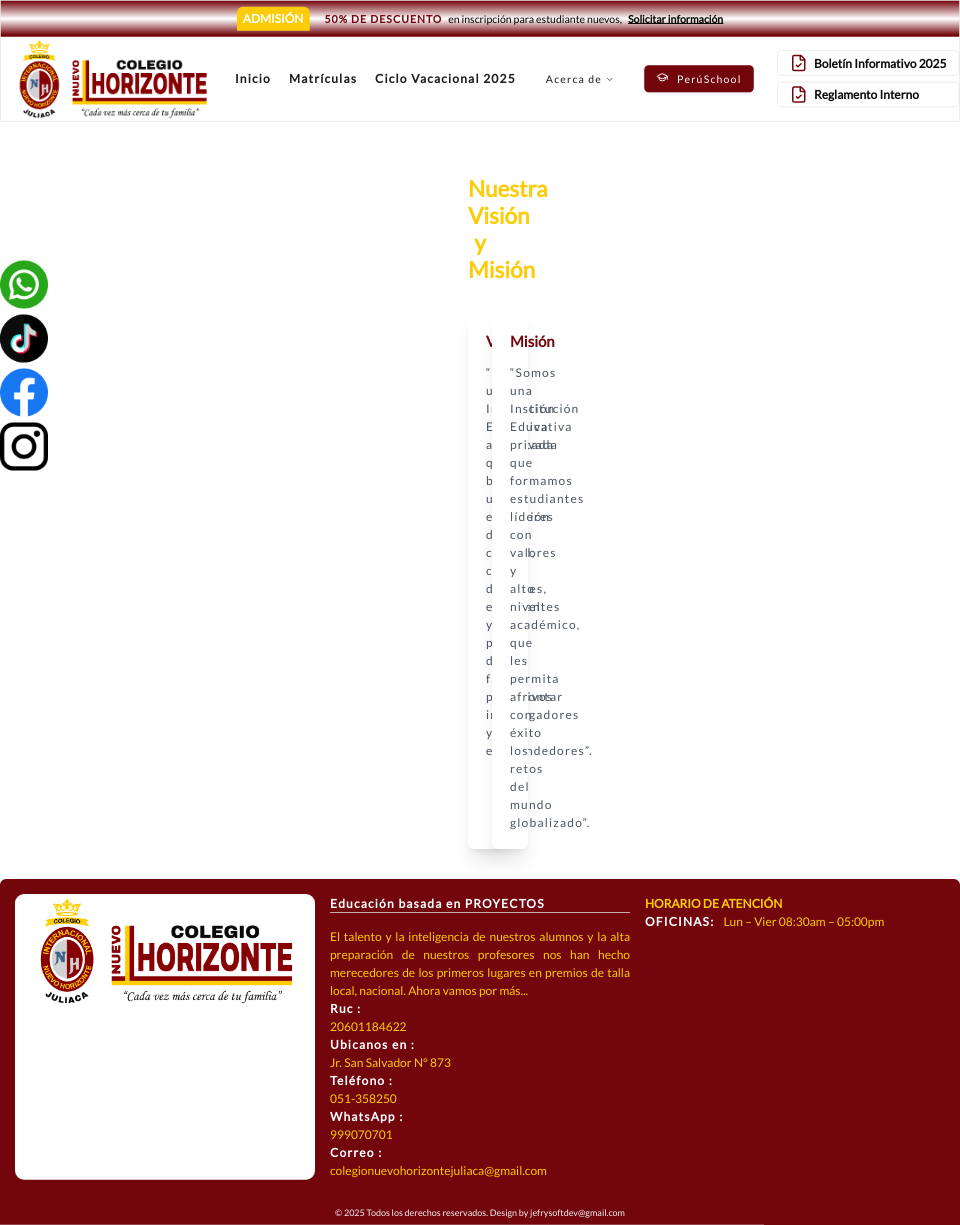
Repository: jefrydep/new_horizont_school
Page: /vision
These files come from the project's save history. The page is drawn as it stood at one moment and after the next save; the edit follows.
The browser window is 1280 px wide. The pictures show the whole page, at 75% of full size.
The project was rebuilt for these pictures with package versions that can differ from the ones it lists, and the page was loaded fresh each time. The framework's server and built-in components were replaced by stand-ins that run in the browser. Also part of the build but not shown: next.config.ts.

Above is the page before, as saved 2024-12-09 21:02:27.

### src/app/layout.tsx
import type { Metadata } from "next";
import "./globals.css";
import Navbar from "@/components/Navbar";
import Footer from "@/components/Footer";


import { Lato } from 'next/font/google'

const lato = Lato({
  weight: '400',
  subsets: ['latin'],
  display: 'swap',
})

export const metadata: Metadata = {
  title: "COLEGIO INTERNACIONAL NUEVO HORIZONTE - JULIACA",
  description: "el mejor colegio de JULIACA,Colegio internacional nuevo horizonte",
};

export default function RootLayout({
  children,
}: Readonly<{
  children: React.ReactNode;
}>) {
  return (
    <html lang="es">

      <body
        className={` ${lato.className} antialiased `}
      >

        <div className="">
          <Navbar />
        </div>
        <main className="   ">

          {children}
          <div className="flex flex-col fixed  bottom-2     z-50   sm:top-1/2  gap-2">
            <a href="https://wa.me/+51999070701?text=Me%20gustar%C3%ADa%20recibir%20m%C3%A1s%20informaci%C3%B3n%20sobre%20el%20proceso%20de%20matr%C3%ADcula,%20requisitos%20y%20fechas%20importantes.%20Agradecer%C3%ADa%20su%20orientaci%C3%B3n%20para%20poder%20completar%20mi%20inscripci%C3%B3n%20de%20manera%20adecuada.%0A%0AQuedo%20atento%20a%20su%20respuesta.%0A%0ASaludos%20cordiales,%0A" target="_blank">
              {/* Solicitar información */}
              <img src="/whatsapp.png" alt="" className=" animate-bounce h-11  sm:h-16" />
            </a>

            <a href="https://www.tiktok.com/@colegionuevohorizonte" target="_blank">
              {/* Solicitar información */}
              <img src="/tik-tok.png" alt="" className=" animate-bounce h-11  sm:h-16 " />
            </a>
            <a href="https://www.facebook.com/internuevohorizonte  " target="_blank">
              {/* Solicitar información */}
              <img src="/facebook.png" alt="" className=" animate-bounce h-11  sm:h-16 " />
            </a>
            <a href="https://www.instagram.com/colegionuevohorizontejuliaca" target="_blank">
              {/* Solicitar información */}
              <img src="/instagram.png" alt="" className=" animate-bounce h-11  sm:h-16" />
            </a>
          </div>
        </main>
        <Footer />
      </body>
    </html>
  );
}

### src/app/vision/page.tsx
import Hero from "@/components/Hero";

export default function VisionPage() {
  return (
    <div className="pt-48">
      {" "}
      {/* <Hero title="Nuestra Misión" subtitle="Nuestra Visión" colorWave="#fff" /> */}
      <div className=" w-20 mx-auto my-10 px-6">
        {/* Título centrado */}
        <h2 className="text-3xl font-semibold text-center   mb-10  text-subtitle">
          Nuestra <b>Visión y Misión</b>
        </h2>

        {/* Grid de 2 columnas */}
        <div className="grid grid-cols-1 sm:grid-cols-2 gap-8">
          {/* Tarjeta de Visión */}
          <div className="bg-white shadow-xl rounded-lg p-6">
            <h3 className="text-xl font-semibold   mb-4 text-title">Visión</h3>
            <p className="text-gray-600 text-base  tracking-widest">
              “Ser una Institución Educativa acreditada que brinde una educación
              de calidad, con docentes, estudiantes y padres de familia
              proactivos investigadores y emprendedores”.
            </p>
          </div>

          {/* Tarjeta de Misión */}
          <div className="bg-white shadow-xl rounded-lg p-6">
            <h3 className="text-xl font-semibold  mb-4 text-title">Misión</h3>
            <p className="text-gray-600 text-base tracking-widest">
              “Somos una Institución Educativa privada que formamos estudiantes
              líderes con valores y alto nivel académico, que les permita
              afrontar con éxito los retos del mundo globalizado”.
            </p>
          </div>
        </div>
      </div>
    </div>
  );
}

### src/app/globals.css
@tailwind base;
@tailwind components;
@tailwind utilities;

body {
  font-family: Arial, Helvetica, sans-serif;
}

@layer base {
  :root {
    --background: 0 0% 100%;
    --foreground: 20 14.3% 4.1%;
    --card: 0 0% 100%;
    --card-foreground: 20 14.3% 4.1%;
    --popover: 0 0% 100%;
    --popover-foreground: 20 14.3% 4.1%;
    --primary: 24 9.8% 10%;
    --primary-foreground: 60 9.1% 97.8%;
    --secondary: 60 4.8% 95.9%;
    --secondary-foreground: 24 9.8% 10%;
    --muted: 60 4.8% 95.9%;
    --muted-foreground: 25 5.3% 44.7%;
    --accent: 60 4.8% 95.9%;
    --accent-foreground: 24 9.8% 10%;
    --destructive: 0 84.2% 60.2%;
    --destructive-foreground: 60 9.1% 97.8%;
    --border: 20 5.9% 90%;
    --input: 20 5.9% 90%;
    --ring: 20 14.3% 4.1%;
    --chart-1: 12 76% 61%;
    --chart-2: 173 58% 39%;
    --chart-3: 197 37% 24%;
    --chart-4: 43 74% 66%;
    --chart-5: 27 87% 67%;
    --radius: 0.5rem;
  }
  .dark {
    --background: 20 14.3% 4.1%;
    --foreground: 60 9.1% 97.8%;
    --card: 20 14.3% 4.1%;
    --card-foreground: 60 9.1% 97.8%;
    --popover: 20 14.3% 4.1%;
    --popover-foreground: 60 9.1% 97.8%;
    --primary: 60 9.1% 97.8%;
    --primary-foreground: 24 9.8% 10%;
    --secondary: 12 6.5% 15.1%;
    --secondary-foreground: 60 9.1% 97.8%;
    --muted: 12 6.5% 15.1%;
    --muted-foreground: 24 5.4% 63.9%;
    --accent: 12 6.5% 15.1%;
    --accent-foreground: 60 9.1% 97.8%;
    --destructive: 0 62.8% 30.6%;
    --destructive-foreground: 60 9.1% 97.8%;
    --border: 12 6.5% 15.1%;
    --input: 12 6.5% 15.1%;
    --ring: 24 5.7% 82.9%;
    --chart-1: 220 70% 50%;
    --chart-2: 160 60% 45%;
    --chart-3: 30 80% 55%;
    --chart-4: 280 65% 60%;
    --chart-5: 340 75% 55%;
  }
}

@layer base {
  * {
    @apply border-border;
  }
  body {
    @apply bg-background text-foreground;
  }
}
@keyframes slideDown {
  0% {
    transform: translateY(-20px);
    opacity: 0;
  }
  100% {
    transform: translateY(0);
    opacity: 1;
  }
}

.animate-slide-down {
  animation: slideDown 1s ease-out forwards;
}

/* Animación con retraso para un efecto de secuencia */
.animate-slide-down-delay-1 {
  animation: slideDown 1s ease-out forwards;
  animation-delay: 0.3s; /* Retraso para el primer texto */
}

.animate-slide-down-delay-2 {
  animation: slideDown 1s ease-out forwards;
  animation-delay: 0.6s; /* Retraso para el segundo texto */
}

### src/components/Footer.tsx

export default function Footer() {
    return (
        <div className=" bg-title rounded-t-lg pb-2 ">
            <footer className="container m-auto ">

                <div className="grid p-4 sm:p-5  sm:grid-cols-3 gap-5">
                    <div className="text-subtitle flex justify-center sm:block bg-white rounded-xl font-bold">


                        <img src="/LOGO.png" alt="Logo nuevo horizonte" className="   " />

                    </div>
                    <div>
                        <span className="text-white font-bold tracking-widest">

                            Educación basada en  PROYECTOS
                        </span>
                        <hr />
                        <div>
                            <p className="text-justify mt-5 text-subtitle">
                                El talento y la inteligencia de nuestros alumnos y la alta preparación de nuestros profesores nos han hecho merecedores de los primeros lugares en premios de talla local, nacional. Ahora vamos por más...
                            </p>
                        </div>
                        <div>
                            <div className="text-white font-bold tracking-widest">


                                Ruc :
                            </div>
                            <div>
                                <span className="text-subtitle">20601184622</span>

                            </div>
                            <div className="text-white font-bold tracking-widest">


                                Ubicanos en :
                            </div>
                            <div>
                                <span className="text-subtitle">Jr. San Salvador N° 873</span>

                            </div>
                            <div className="text-white font-bold tracking-widest">


                                Teléfono :
                            </div>
                            <div className="text-subtitle">
                                <span>051-358250</span>

                            </div>
                            <div className="text-white font-bold tracking-widest">


                                WhatsApp :
                            </div>
                            <div className="text-subtitle">
                                <span>999070701</span>

                            </div>
                            <div className="text-white font-bold tracking-widest">


                                Correo :
                            </div>
                            <div className="text-subtitle">
                                <span> colegionuevohorizontejuliaca@gmail.com</span>

                            </div>

                        </div>
                    </div>

                    <div>
                        <h6 className="text-subtitle font-bold">HORARIO DE ATENCIÓN</h6>
                        <div>
                            <span className="text-white mr-3 font-bold tracking-widest">

                                OFICINAS:
                            </span>
                            <span className="text-subtitle">
                                Lun – Vier         08:30am – 05:00pm
                            </span>
                        </div>

                    </div>
                </div>
                <div className="text-center text-gray-100 text-xs mt-4" >
                    <span className="">
                        © 2025 Todos los derechos reservados. Design by jefrysoftdev@gmail.com
                    </span>
                </div>
            </footer>
        </div>
    )
}

### src/components/ui/button.tsx
import * as React from "react"
import { Slot } from "@radix-ui/react-slot"
import { cva, type VariantProps } from "class-variance-authority"

import { cn } from "@/lib/utils"

const buttonVariants = cva(
  "inline-flex items-center justify-center gap-2 whitespace-nowrap rounded-md text-sm font-medium transition-colors focus-visible:outline-none focus-visible:ring-1 focus-visible:ring-ring disabled:pointer-events-none disabled:opacity-50 [&_svg]:pointer-events-none [&_svg]:size-4 [&_svg]:shrink-0",
  {
    variants: {
      variant: {
        default:
          "bg-primary text-primary-foreground shadow hover:bg-primary/90",
        destructive:
          "bg-destructive text-destructive-foreground shadow-sm hover:bg-destructive/90",
        outline:
          "border border-input bg-background shadow-sm hover:bg-accent hover:text-accent-foreground",
        secondary:
          "bg-secondary text-secondary-foreground shadow-sm hover:bg-secondary/80",
        ghost: "hover:bg-accent hover:text-accent-foreground",
        link: "text-primary underline-offset-4 hover:underline",
      },
      size: {
        default: "h-9 px-4 py-2",
        sm: "h-8 rounded-md px-3 text-xs",
        lg: "h-10 rounded-md px-8",
        icon: "h-9 w-9",
      },
    },
    defaultVariants: {
      variant: "default",
      size: "default",
    },
  }
)

export interface ButtonProps
  extends React.ButtonHTMLAttributes<HTMLButtonElement>,
    VariantProps<typeof buttonVariants> {
  asChild?: boolean
}

const Button = React.forwardRef<HTMLButtonElement, ButtonProps>(
  ({ className, variant, size, asChild = false, ...props }, ref) => {
    const Comp = asChild ? Slot : "button"
    return (
      <Comp
        className={cn(buttonVariants({ variant, size, className }))}
        ref={ref}
        {...props}
      />
    )
  }
)
Button.displayName = "Button"

export { Button, buttonVariants }

### src/components/ui/navigation-menu.tsx
import * as React from "react"
import * as NavigationMenuPrimitive from "@radix-ui/react-navigation-menu"
import { cva } from "class-variance-authority"
import { ChevronDown } from "lucide-react"

import { cn } from "@/lib/utils"

const NavigationMenu = React.forwardRef<
  React.ElementRef<typeof NavigationMenuPrimitive.Root>,
  React.ComponentPropsWithoutRef<typeof NavigationMenuPrimitive.Root>
>(({ className, children, ...props }, ref) => (
  <NavigationMenuPrimitive.Root
    ref={ref}
    className={cn(
      "relative z-10 flex max-w-max flex-1 items-center justify-center",
      className
    )}
    {...props}
  >
    {children}
    <NavigationMenuViewport />
  </NavigationMenuPrimitive.Root>
))
NavigationMenu.displayName = NavigationMenuPrimitive.Root.displayName

const NavigationMenuList = React.forwardRef<
  React.ElementRef<typeof NavigationMenuPrimitive.List>,
  React.ComponentPropsWithoutRef<typeof NavigationMenuPrimitive.List>
>(({ className, ...props }, ref) => (
  <NavigationMenuPrimitive.List
    ref={ref}
    className={cn(
      "group flex flex-1 list-none items-center justify-center space-x-1",
      className
    )}
    {...props}
  />
))
NavigationMenuList.displayName = NavigationMenuPrimitive.List.displayName

const NavigationMenuItem = NavigationMenuPrimitive.Item

const navigationMenuTriggerStyle = cva(
  "group inline-flex h-9 w-max items-center justify-center rounded-md bg-background px-4 py-2 text-sm font-medium transition-colors hover:bg-accent hover:text-accent-foreground focus:bg-accent focus:text-accent-foreground focus:outline-none disabled:pointer-events-none disabled:opacity-50 data-[active]:bg-accent/50 data-[state=open]:bg-accent/50"
)

const NavigationMenuTrigger = React.forwardRef<
  React.ElementRef<typeof NavigationMenuPrimitive.Trigger>,
  React.ComponentPropsWithoutRef<typeof NavigationMenuPrimitive.Trigger>
>(({ className, children, ...props }, ref) => (
  <NavigationMenuPrimitive.Trigger
    ref={ref}
    className={cn(navigationMenuTriggerStyle(), "group", className)}
    {...props}
  >
    {children}{" "}
    <ChevronDown
      className="relative top-[1px] ml-1 h-3 w-3 transition duration-300 group-data-[state=open]:rotate-180"
      aria-hidden="true"
    />
  </NavigationMenuPrimitive.Trigger>
))
NavigationMenuTrigger.displayName = NavigationMenuPrimitive.Trigger.displayName

const NavigationMenuContent = React.forwardRef<
  React.ElementRef<typeof NavigationMenuPrimitive.Content>,
  React.ComponentPropsWithoutRef<typeof NavigationMenuPrimitive.Content>
>(({ className, ...props }, ref) => (
  <NavigationMenuPrimitive.Content
    ref={ref}
    className={cn(
      "left-0 top-0 w-full data-[motion^=from-]:animate-in data-[motion^=to-]:animate-out data-[motion^=from-]:fade-in data-[motion^=to-]:fade-out data-[motion=from-end]:slide-in-from-right-52 data-[motion=from-start]:slide-in-from-left-52 data-[motion=to-end]:slide-out-to-right-52 data-[motion=to-start]:slide-out-to-left-52 md:absolute md:w-auto ",
      className
    )}
    {...props}
  />
))
NavigationMenuContent.displayName = NavigationMenuPrimitive.Content.displayName

const NavigationMenuLink = NavigationMenuPrimitive.Link

const NavigationMenuViewport = React.forwardRef<
  React.ElementRef<typeof NavigationMenuPrimitive.Viewport>,
  React.ComponentPropsWithoutRef<typeof NavigationMenuPrimitive.Viewport>
>(({ className, ...props }, ref) => (
  <div className={cn("absolute left-0 top-full flex justify-center")}>
    <NavigationMenuPrimitive.Viewport
      className={cn(
        "origin-top-center relative mt-1.5 h-[var(--radix-navigation-menu-viewport-height)] w-full overflow-hidden rounded-md border bg-popover text-popover-foreground shadow data-[state=open]:animate-in data-[state=closed]:animate-out data-[state=closed]:zoom-out-95 data-[state=open]:zoom-in-90 md:w-[var(--radix-navigation-menu-viewport-width)]",
        className
      )}
      ref={ref}
      {...props}
    />
  </div>
))
NavigationMenuViewport.displayName =
  NavigationMenuPrimitive.Viewport.displayName

const NavigationMenuIndicator = React.forwardRef<
  React.ElementRef<typeof NavigationMenuPrimitive.Indicator>,
  React.ComponentPropsWithoutRef<typeof NavigationMenuPrimitive.Indicator>
>(({ className, ...props }, ref) => (
  <NavigationMenuPrimitive.Indicator
    ref={ref}
    className={cn(
      "top-full z-[1] flex h-1.5 items-end justify-center overflow-hidden data-[state=visible]:animate-in data-[state=hidden]:animate-out data-[state=hidden]:fade-out data-[state=visible]:fade-in",
      className
    )}
    {...props}
  >
    <div className="relative top-[60%] h-2 w-2 rotate-45 rounded-tl-sm bg-border shadow-md" />
  </NavigationMenuPrimitive.Indicator>
))
NavigationMenuIndicator.displayName =
  NavigationMenuPrimitive.Indicator.displayName

export {
  navigationMenuTriggerStyle,
  NavigationMenu,
  NavigationMenuList,
  NavigationMenuItem,
  NavigationMenuContent,
  NavigationMenuTrigger,
  NavigationMenuLink,
  NavigationMenuIndicator,
  NavigationMenuViewport,
}

### src/components/ui/sheet.tsx
"use client"

import * as React from "react"
import * as SheetPrimitive from "@radix-ui/react-dialog"
import { cva, type VariantProps } from "class-variance-authority"
import { X } from "lucide-react"

import { cn } from "@/lib/utils"

const Sheet = SheetPrimitive.Root

const SheetTrigger = SheetPrimitive.Trigger

const SheetClose = SheetPrimitive.Close

const SheetPortal = SheetPrimitive.Portal

const SheetOverlay = React.forwardRef<
  React.ElementRef<typeof SheetPrimitive.Overlay>,
  React.ComponentPropsWithoutRef<typeof SheetPrimitive.Overlay>
>(({ className, ...props }, ref) => (
  <SheetPrimitive.Overlay
    className={cn(
      "fixed inset-0 z-50 bg-black/80  data-[state=open]:animate-in data-[state=closed]:animate-out data-[state=closed]:fade-out-0 data-[state=open]:fade-in-0",
      className
    )}
    {...props}
    ref={ref}
  />
))
SheetOverlay.displayName = SheetPrimitive.Overlay.displayName

const sheetVariants = cva(
  "fixed z-50 gap-4 bg-background p-6 shadow-lg transition ease-in-out data-[state=closed]:duration-300 data-[state=open]:duration-500 data-[state=open]:animate-in data-[state=closed]:animate-out",
  {
    variants: {
      side: {
        top: "inset-x-0 top-0 border-b data-[state=closed]:slide-out-to-top data-[state=open]:slide-in-from-top",
        bottom:
          "inset-x-0 bottom-0 border-t data-[state=closed]:slide-out-to-bottom data-[state=open]:slide-in-from-bottom",
        left: "inset-y-0 left-0 h-full w-3/4 border-r data-[state=closed]:slide-out-to-left data-[state=open]:slide-in-from-left sm:max-w-sm",
        right:
          "inset-y-0 right-0 h-full w-3/4 border-l data-[state=closed]:slide-out-to-right data-[state=open]:slide-in-from-right sm:max-w-sm",
      },
    },
    defaultVariants: {
      side: "right",
    },
  }
)

interface SheetContentProps
  extends React.ComponentPropsWithoutRef<typeof SheetPrimitive.Content>,
    VariantProps<typeof sheetVariants> {}

const SheetContent = React.forwardRef<
  React.ElementRef<typeof SheetPrimitive.Content>,
  SheetContentProps
>(({ side = "right", className, children, ...props }, ref) => (
  <SheetPortal>
    <SheetOverlay />
    <SheetPrimitive.Content
      ref={ref}
      className={cn(sheetVariants({ side }), className)}
      {...props}
    >
      <SheetPrimitive.Close className="absolute right-4 top-4 rounded-sm opacity-70 ring-offset-background transition-opacity hover:opacity-100 focus:outline-none focus:ring-2 focus:ring-ring focus:ring-offset-2 disabled:pointer-events-none data-[state=open]:bg-secondary">
        <X className="h-4 w-4" />
        <span className="sr-only">Close</span>
      </SheetPrimitive.Close>
      {children}
    </SheetPrimitive.Content>
  </SheetPortal>
))
SheetContent.displayName = SheetPrimitive.Content.displayName

const SheetHeader = ({
  className,
  ...props
}: React.HTMLAttributes<HTMLDivElement>) => (
  <div
    className={cn(
      "flex flex-col space-y-2 text-center sm:text-left",
      className
    )}
    {...props}
  />
)
SheetHeader.displayName = "SheetHeader"

const SheetFooter = ({
  className,
  ...props
}: React.HTMLAttributes<HTMLDivElement>) => (
  <div
    className={cn(
      "flex flex-col-reverse sm:flex-row sm:justify-end sm:space-x-2",
      className
    )}
    {...props}
  />
)
SheetFooter.displayName = "SheetFooter"

const SheetTitle = React.forwardRef<
  React.ElementRef<typeof SheetPrimitive.Title>,
  React.ComponentPropsWithoutRef<typeof SheetPrimitive.Title>
>(({ className, ...props }, ref) => (
  <SheetPrimitive.Title
    ref={ref}
    className={cn("text-lg font-semibold text-foreground", className)}
    {...props}
  />
))
SheetTitle.displayName = SheetPrimitive.Title.displayName

const SheetDescription = React.forwardRef<
  React.ElementRef<typeof SheetPrimitive.Description>,
  React.ComponentPropsWithoutRef<typeof SheetPrimitive.Description>
>(({ className, ...props }, ref) => (
  <SheetPrimitive.Description
    ref={ref}
    className={cn("text-sm text-muted-foreground", className)}
    {...props}
  />
))
SheetDescription.displayName = SheetPrimitive.Description.displayName

export {
  Sheet,
  SheetPortal,
  SheetOverlay,
  SheetTrigger,
  SheetClose,
  SheetContent,
  SheetHeader,
  SheetFooter,
  SheetTitle,
  SheetDescription,
}

### tailwind.config.ts
import type { Config } from "tailwindcss";

export default {
	darkMode: ["class"],
	content: [
		"./src/pages/**/*.{js,ts,jsx,tsx,mdx}",
		"./src/components/**/*.{js,ts,jsx,tsx,mdx}",
		"./src/app/**/*.{js,ts,jsx,tsx,mdx}",
	],
	theme: {
    	extend: {
    		colors: {
    			background: 'hsl(var(--background))',
    			foreground: 'hsl(var(--foreground))',
    			card: {
    				DEFAULT: 'hsl(var(--card))',
    				foreground: 'hsl(var(--card-foreground))'
    			},
    			popover: {
    				DEFAULT: 'hsl(var(--popover))',
    				foreground: 'hsl(var(--popover-foreground))'
    			},
    			primary: {
    				DEFAULT: '#4c628a'
    			},
    			secondary: {
    				DEFAULT: '#1c1c1c'
    			},
    			backgroundGray: {
    				DEFAULT: '#d1d1d1'
    			},
				title:{
					DEFAULT:"#73060C"
				},
				subtitle:{
					DEFAULT:"#fbcc07"
				},
    			muted: {
    				DEFAULT: 'hsl(var(--muted))',
    				foreground: 'hsl(var(--muted-foreground))'
    			},
    			accent: {
    				DEFAULT: 'hsl(var(--accent))',
    				foreground: 'hsl(var(--accent-foreground))'
    			},
    			destructive: {
    				DEFAULT: 'hsl(var(--destructive))',
    				foreground: 'hsl(var(--destructive-foreground))'
    			},
    			border: 'hsl(var(--border))',
    			input: 'hsl(var(--input))',
    			ring: 'hsl(var(--ring))',
    			chart: {
    				'1': 'hsl(var(--chart-1))',
    				'2': 'hsl(var(--chart-2))',
    				'3': 'hsl(var(--chart-3))',
    				'4': 'hsl(var(--chart-4))',
    				'5': 'hsl(var(--chart-5))'
    			}
    		},
    		borderRadius: {
    			lg: 'var(--radius)',
    			md: 'calc(var(--radius) - 2px)',
    			sm: 'calc(var(--radius) - 4px)'
    		},
    		keyframes: {
    			'accordion-down': {
    				from: {
    					height: '0'
    				},
    				to: {
    					height: 'var(--radix-accordion-content-height)'
    				}
    			},
    			'accordion-up': {
    				from: {
    					height: 'var(--radix-accordion-content-height)'
    				},
    				to: {
    					height: '0'
    				}
    			}
    		},
    		animation: {
    			'accordion-down': 'accordion-down 0.2s ease-out',
    			'accordion-up': 'accordion-up 0.2s ease-out'
    		}
    	}
    },
	plugins: [require("tailwindcss-animate")],
} satisfies Config;

Loaded but not shown: src/lib/utils.ts (common file); src/components/Navbar.tsx (302 lines, source omitted)

After the next save:
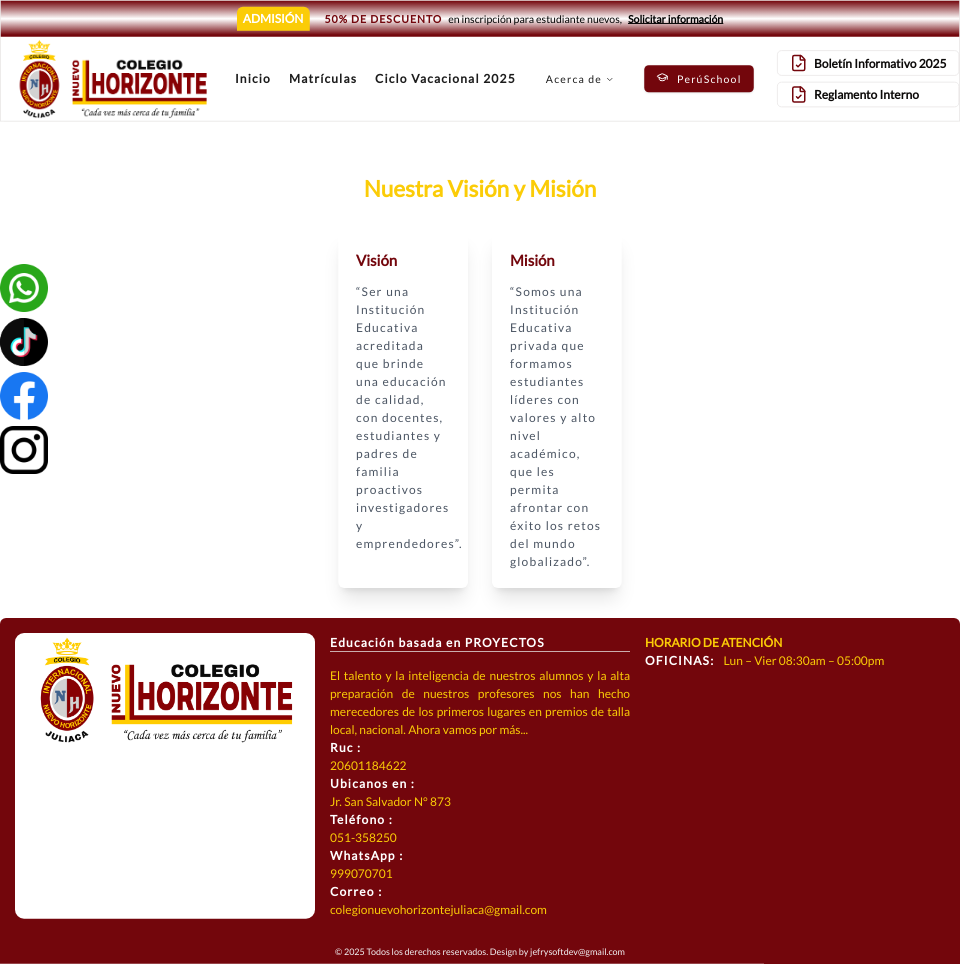
Saved 7 s later.
--- a/src/app/vision/page.tsx
+++ b/src/app/vision/page.tsx
@@ -5,7 +5,7 @@ export default function VisionPage() {
     <div className="pt-48">
       {" "}
       {/* <Hero title="Nuestra Misión" subtitle="Nuestra Visión" colorWave="#fff" /> */}
-      <div className=" w-20 mx-auto my-10 px-6">
+      <div className=" w-1/3 mx-auto my-10 px-6">
         {/* Título centrado */}
         <h2 className="text-3xl font-semibold text-center   mb-10  text-subtitle">
           Nuestra <b>Visión y Misión</b>
